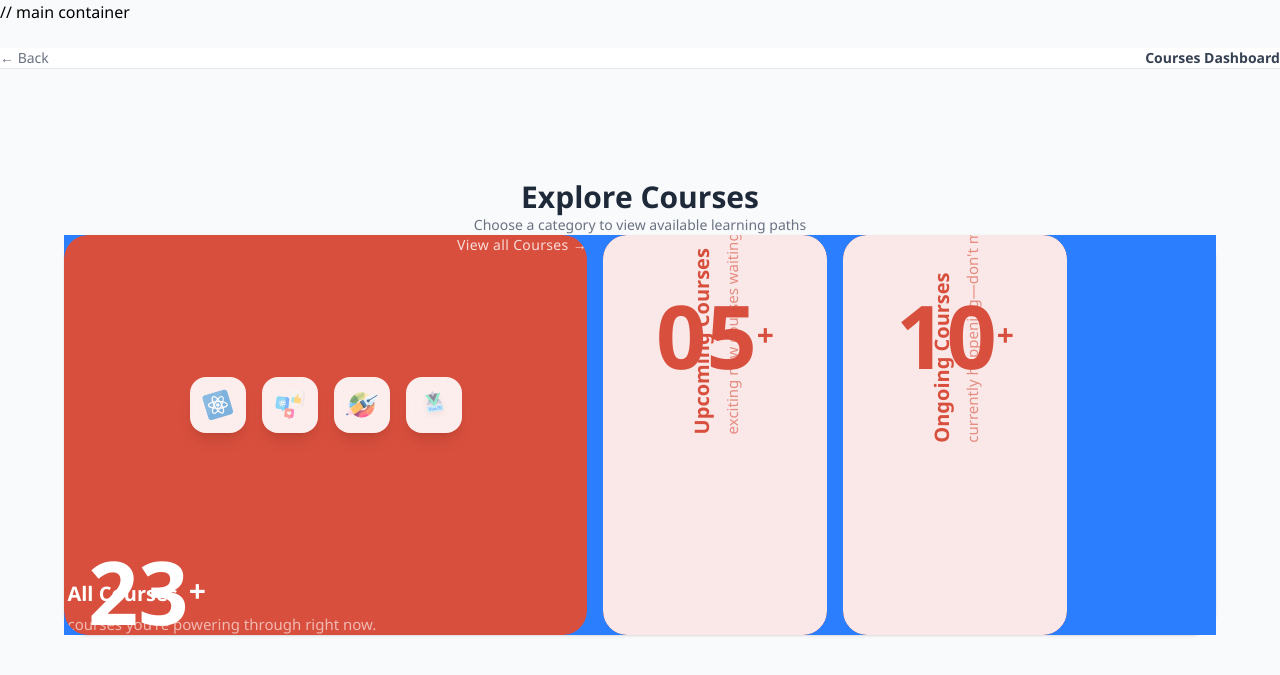
Repository: RahulRajKhadka/nextjs-dashboard-app
Page: /task2
These files come from the project's save history. The page is drawn as it stood at one moment and after the next save; the edit follows.
The browser window is 1280 px wide. The pictures show the whole page.
The project was rebuilt for these pictures with package versions that can differ from the ones it lists, and the page was loaded fresh each time. The framework's server and built-in components were replaced by stand-ins that run in the browser. Also part of the build but not shown: next.config.ts.

Above is the page before, as saved 2026-04-10 16:02:19.

After the next save:
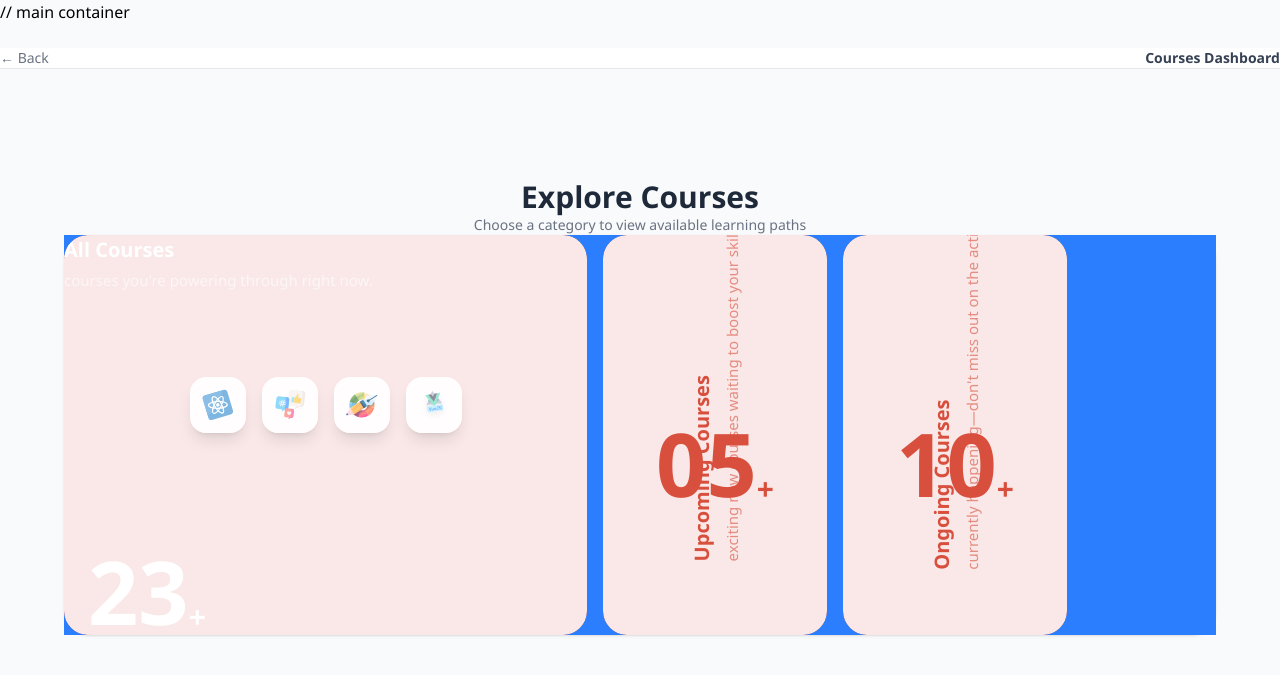
Saved 43 s later.
--- a/src/components/task2/CourseCard.tsx
+++ b/src/components/task2/CourseCard.tsx
@@ -31,28 +31,22 @@ export default function CourseCard({
     if (!numberRef.current || !collapsedLabelRef.current) return;
 
     if (isExpanded) {
-      // Create timeline for smooth coordination
       const tl = gsap.timeline();
 
-      // Show expanded view
       gsap.set(expandedViewRef.current, { display: "grid" });
 
-      // Measure label and number positions for target
       const labelRect = collapsedLabelRef.current.getBoundingClientRect();
       const numberRect = numberRef.current.getBoundingClientRect();
 
-      // Calculate target position (beside number with 16px gap)
       const targetX = numberRect.right + 16 - (labelRect.left + labelRect.width / 2);
       const targetY = numberRect.bottom - labelRect.height / 2 - labelRect.top - labelRect.height / 2;
 
-      // 1. Circle wipe animation
       tl.to(circleRef.current, {
         clipPath: "circle(0% at 0% 100%)",
         duration: 1,
         ease: "power3.inOut",
       }, 0);
 
-      // 2. Label animation: rotate -90° → 0°, move to beside number
       tl.fromTo(collapsedLabelRef.current,
         {
           rotation: -90,
@@ -70,13 +64,11 @@ export default function CourseCard({
         }, 0
       );
 
-      // 3. Number color change to white
       tl.to(numberRef.current, {
         color: "#ffffff",
         duration: 0.4,
       }, 0.2);
 
-      // 4. Top bar animation (slides in from left/right)
       const topbarFromX = direction === "left" ? 60 : -60;
       tl.fromTo(topbarRef.current,
         { opacity: 0, y: -15, x: topbarFromX },
@@ -89,7 +81,6 @@ export default function CourseCard({
         }, 0.3
       );
 
-      // 5. Icons animation (staggered, slide in from sides)
       const iconsFromX = direction === "left" ? 120 : -120;
       gsap.set(iconsRef.current, { x: iconsFromX, opacity: 0 });
       iconsRef.current.forEach((icon, i) => {
@@ -102,17 +93,14 @@ export default function CourseCard({
       });
 
     } else {
-      // COLLAPSE ANIMATIONS - Reverse everything
       const tl = gsap.timeline();
 
-      // 1. Circle expands back
       tl.to(circleRef.current, {
         clipPath: "circle(130% at 0% 80%)",
         duration: 0.8,
         ease: "power3.inOut",
       }, 0);
 
-      // 2. Label returns to collapsed position (center, rotated -90°)
       tl.to(collapsedLabelRef.current, {
         rotation: -90,
         x: 0,
@@ -122,18 +110,15 @@ export default function CourseCard({
         ease: "power2.inOut",
       }, 0);
 
-      // 3. Number color returns to original
       tl.to(numberRef.current, {
         color: course.textColor,
         duration: 0.3,
       }, 0.1);
 
-      // 4. Hide expanded view
       tl.set(expandedViewRef.current, {
         display: "none"
       }, 0.3);
 
-      // 5. Reset icons and topbar
       tl.set(iconsRef.current, {
         clearProps: "x,opacity"
       }, 0.4);
@@ -160,17 +145,16 @@ export default function CourseCard({
         }}
       />
 
-      {/* COLLAPSED STATE - Label and Number stacked vertically */}
+      {/* ========== COLLAPSED STATE: Label + Number Stacked Vertically ========== */}
       {!isExpanded && (
-        <div className="absolute inset-0 z-[3] flex flex-col items-center pointer-events-none py-8">
-          {/* LABEL - rotated -90°, centered */}
+        <div className="absolute inset-0 z-[3] flex flex-col items-center justify-center pointer-events-none">
+          {/* LABEL (top) - rotated -90° */}
           <div
             ref={collapsedLabelRef}
-            className="flex flex-col gap-1 my-auto"
+            className="flex flex-col gap-1 mb-8"
             style={{
               transform: "rotate(-90deg)",
-              transformOrigin: "center center",
-              color: course.textColor
+              color: course.textColor,
             }}
           >
             <span className="font-bold text-[20px] whitespace-nowrap" style={{ color: "inherit" }}>
@@ -181,12 +165,8 @@ export default function CourseCard({
             </p>
           </div>
 
-          {/* NUMBER - pushed to bottom */}
-          <div
-            ref={numberRef}
-            className="flex items-center justify-center mt-auto mb-4"
-            style={{ color: course.textColor }}
-          >
+          {/* NUMBER (bottom) - below label */}
+          <div ref={numberRef} className="flex items-end" style={{ color: course.textColor }}>
             <span
               className="font-black leading-none"
               style={{
@@ -203,10 +183,27 @@ export default function CourseCard({
         </div>
       )}
 
-      {/* EXPANDED STATE - Hidden elements that animate in */}
+      {/* ========== EXPANDED STATE: Number at bottom-left (handled by GSAP) ========== */}
       {isExpanded && (
         <>
-          {/* Label (will be animated by GSAP) */}
+          {/* Number moves to bottom-left during animation */}
+          <div className="absolute bottom-0 left-6 z-[3] flex items-end p-4 pointer-events-none">
+            <div className="flex items-end" style={{ color: "#ffffff" }}>
+              <span
+                className="font-black leading-none"
+                style={{
+                  fontSize: "clamp(3.5rem,7vw,5.5rem)",
+                }}
+              >
+                {String(course.count).padStart(2, "0")}
+              </span>
+              <span className="font-black text-3xl mb-2 ml-1">
+                +
+              </span>
+            </div>
+          </div>
+
+          {/* Label animates to beside number */}
           <div
             ref={collapsedLabelRef}
             className="absolute z-[4] flex flex-col gap-1 pointer-events-none"
@@ -219,29 +216,10 @@ export default function CourseCard({
               {course.sublabel}
             </p>
           </div>
-
-          {/* Number (will be animated by GSAP) */}
-          <div
-            ref={numberRef}
-            className="absolute bottom-0 left-6 z-[3] flex items-center justify-center p-4 pointer-events-none"
-            style={{ color: "#ffffff" }}
-          >
-            <span
-              className="font-black leading-none"
-              style={{
-                fontSize: "clamp(3.5rem,7vw,5.5rem)",
-              }}
-            >
-              {String(course.count).padStart(2, "0")}
-            </span>
-            <span className="font-black text-3xl mb-2 ml-1">
-              +
-            </span>
-          </div>
         </>
       )}
 
-      {/* EXPANDED VIEW - Top bar and icons */}
+      {/* EXPANDED VIEW — topbar + icons */}
       <div
         ref={expandedViewRef}
         className="absolute inset-0 z-[2] p-5"
@@ -250,14 +228,12 @@ export default function CourseCard({
           gridTemplateRows: "auto 1fr auto",
         }}
       >
-        {/* Top bar */}
         <div ref={topbarRef} className="flex justify-end mt-40 opacity-0">
           <span className="text-white/80 text-sm font-medium tracking-wide">
             View all Courses →
           </span>
         </div>
 
-        {/* Icons */}
         <div className="flex gap-4 items-center justify-center">
           {course.icons?.map((iconPath, i) => (
             <span
@@ -270,7 +246,6 @@ export default function CourseCard({
           ))}
         </div>
 
-        {/* Bottom spacer */}
         <div className="h-20" />
       </div>
     </div>
